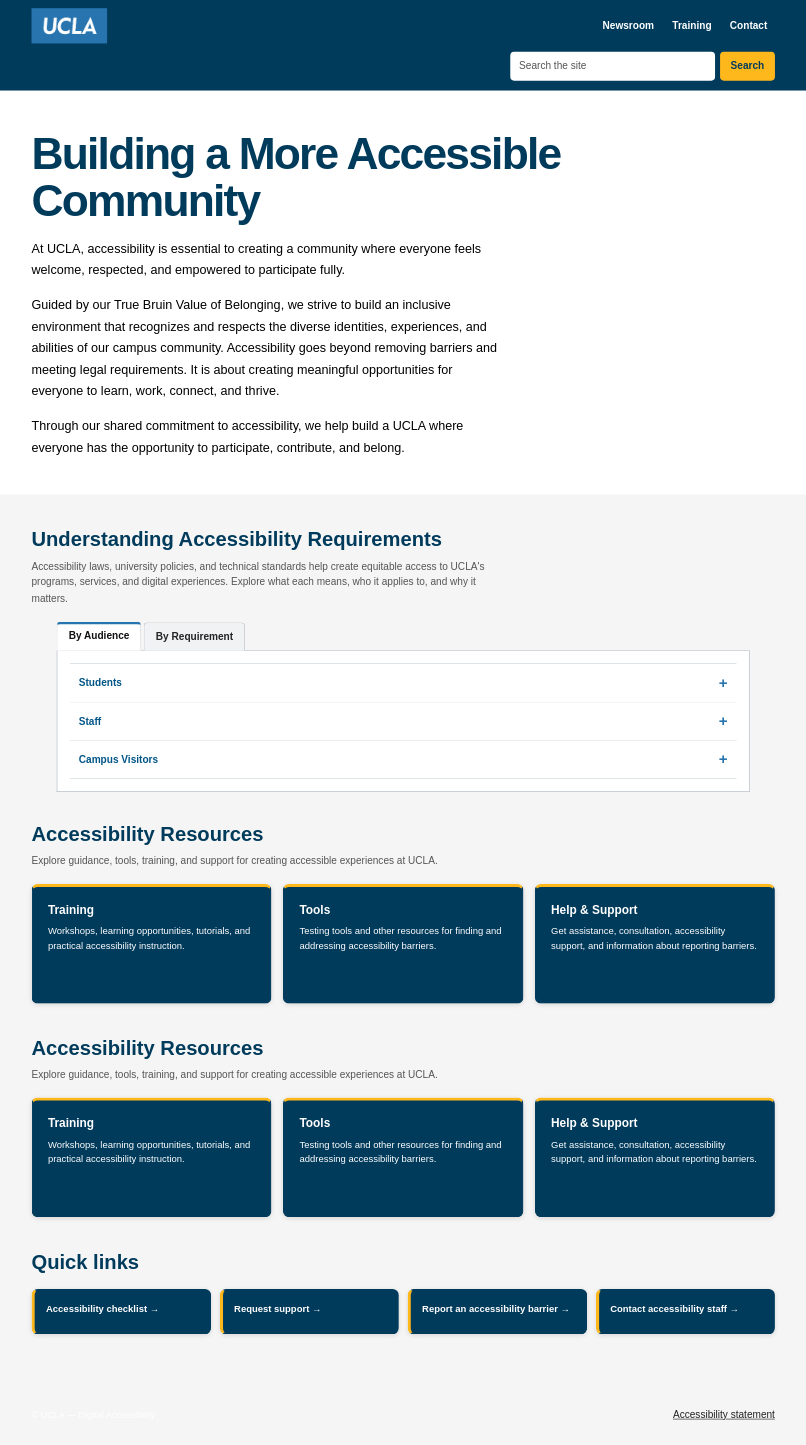
Repository: PSunnywell/UCLA-A11y-barrier-page
Page: index_tabs_with_accordions.html
An editor plug-in stored every save of this project. The page is shown before and after the next save, followed by the edit.
The browser window is 1280 px wide. The pictures show the whole page, at 63% of full size.

Above is the page before, as saved 2026-10-13 17:12:07.
Not found: search.js

### index_tabs_with_accordions.html
<!DOCTYPE html>
<html lang="en">
<head>
  <meta charset="UTF-8">
  <meta name="viewport" content="width=device-width, initial-scale=1.0">
  <meta name="description" content="Accessibility Resources for UCLA">
  <title>Accessibility Resources</title>
  <link rel="stylesheet" href="styles.css">
  <style>
    /* Classic attached tabs, styled to match the reference image. */
    .requirements-tabs { max-width: 1100px; margin: 1.5rem auto 3rem; font-family: inherit; }
    .requirements-tablist { display: flex; align-items: flex-end; flex-wrap: wrap; gap: 4px; padding: 0; border-bottom: 1px solid #aeb6bf; }
    .requirements-tab { appearance: none; border: 1px solid #b5bac1; border-bottom: 0; border-radius: 6px 6px 0 0; background: #f1f2f4; color: #242424; font: inherit; font-weight: 600; font-size: 1rem; line-height: 1.3; padding: 12px 18px; margin: 0 0 -1px; cursor: pointer; }
    .requirements-tab[aria-selected="true"] { background: #fff; color: #111; border-top: 4px solid #2774ae; padding-top: 9px; border-bottom: 1px solid #fff; position: relative; z-index: 1; }
    .requirements-tab:hover:not([aria-selected="true"]) { background: #e5edf4; }
    .requirements-tab:focus-visible { outline: 3px solid #005587; outline-offset: 2px; z-index: 2; }
    .requirements-tabs > .requirements-panel { border: 1px solid #aeb6bf; border-top: 0; padding: 20px; background: #fff; }
    /* Simple accordion rows inside each top-level tab. */
    .requirements-accordion { border-bottom: 1px solid #c9d1d8; }
    .requirements-accordion:first-child { border-top: 1px solid #c9d1d8; }
    .requirements-accordion summary { cursor: pointer; list-style: none; display: flex; align-items: center; justify-content: space-between; gap: 1rem; padding: 17px 14px; font-weight: 600; color: #005587; background: #fff; }
    .requirements-accordion summary::-webkit-details-marker { display: none; }
    .requirements-accordion summary::after { content: "+"; font-size: 1.5rem; line-height: 1; color: #2774ae; }
    .requirements-accordion[open] summary::after { content: "−"; }
    .requirements-accordion summary:hover { background: #f3f8fc; }
    .requirements-accordion summary:focus-visible { outline: 3px solid #005587; outline-offset: -3px; }
    .requirements-accordion-content { padding: 0 14px 16px; }
    .requirements-panel[hidden] { display: none; }
    .requirements-panel p { line-height: 1.65; max-width: 72ch; margin: 0 0 .8rem; }
    .requirements-panel h3 { color: #005587; margin: 0 0 .65rem; font-size: 1.2rem; }
    @media (max-width: 600px) { .requirements-tab { padding: 10px 12px; font-size: .9rem; } .requirements-tab[aria-selected="true"] { padding-top: 7px; } .requirements-tabs > .requirements-panel { padding: 14px; } }
  </style>
</head>
<body>
  <a class="skip-link" href="#main-content">Skip to main content</a>

  <header class="site-header">
    <div class="header-inner">
      <a class="site-brand" href="ucla.edu" aria-label="UCLA home">
        <img class="site-brand-logo" src="images/logo_UCLA_blue_boxed.png" alt="UCLA">

      </a>
      <nav class="primary-nav" aria-label="Primary navigation">

        <ul>
          <li><a href="https://newsroom.ucla.edu/">Newsroom</a></li>
          <li><a href="training.html">Training</a></li>
          <li><a href="contact.html">Contact</a></li>
        </ul>
      </nav>
    </div>

    <div class="site-search-row">
      <search class="site-search" role="search">
        <form action="search.html" method="get">
          <label for="site-search-input">Search the site</label>
          <input id="site-search-input" name="q" type="search" placeholder="Search the site" autocomplete="off">
          <button type="submit">Search</button>
        </form>
      </search>
    </div>
  </header>


  <!-- =======================================================
       HERO
       ======================================================= -->

  <section class="hero" aria-labelledby="page-title">

    <div class="hero-inner">

            <h1 id="page-title">
       Building a More Accessible Community
      </h1>

      <p>At UCLA, accessibility is essential to creating a community where everyone feels welcome, respected, and empowered to participate fully.</p>

<p>Guided by our True Bruin Value of Belonging, we strive to build an inclusive environment that recognizes and respects the diverse identities, experiences, and abilities of our campus community. Accessibility goes beyond removing barriers and meeting legal requirements. It is about creating meaningful opportunities for everyone to learn, work, connect, and thrive.</p>

<p>Through our shared commitment to accessibility, we help build a UCLA where everyone has the opportunity to participate, contribute, and belong.</p>


    </div>

  </section>


  <!-- =======================================================
       MAIN
       ======================================================= -->

  <main id="main-content">


    <!-- =====================================================
         PRIMARY RESOURCE CARDS
         ===================================================== -->

    <section aria-labelledby="requirements-heading">

      <div class="section-heading">
        <h2 id="requirements-heading">Understanding Accessibility Requirements</h2>
        <p>Accessibility laws, university policies, and technical standards help create equitable access to UCLA's programs, services, and digital experiences. Explore what each means, who it applies to, and why it matters.</p>
      </div>

      <!-- Two main tabs; each contains three native HTML accordions. -->
      <div class="requirements-tabs">
        <div class="requirements-tablist" role="tablist" aria-label="Browse accessibility requirements">
          <button type="button" class="requirements-tab" id="tab-audience" role="tab" aria-selected="true" aria-controls="panel-audience" tabindex="0">By Audience</button>
          <button type="button" class="requirements-tab" id="tab-requirement" role="tab" aria-selected="false" aria-controls="panel-requirement" tabindex="-1">By Requirement</button>
        </div>

        <div class="requirements-panel" id="panel-audience" role="tabpanel" aria-labelledby="tab-audience" tabindex="0">
          <details class="requirements-accordion">
            <summary>Students</summary>
            <div class="requirements-accordion-content">
              <p>Explore accessibility rights, accommodations, and resources that support participation in courses, campus programs, and university life.</p>
            </div>
          </details>
          <details class="requirements-accordion">
            <summary>Staff</summary>
            <div class="requirements-accordion-content">
              <p>Learn about accessibility responsibilities and support for university workplaces, services, communications, and digital content.</p>
            </div>
          </details>
          <details class="requirements-accordion">
            <summary>Campus Visitors</summary>
            <div class="requirements-accordion-content">
              <p>Find information about access to campus spaces, events, programs, and services when visiting UCLA.</p>
            </div>
          </details>
        </div>
        <div class="requirements-panel" id="panel-requirement" role="tabpanel" aria-labelledby="tab-requirement" tabindex="0" hidden>
          <details class="requirements-accordion">
            <summary>Laws &amp; Regulations</summary>
            <div class="requirements-accordion-content">
              <p>Federal and state requirements, including the ADA and Section 504, establish rights and obligations related to equal access and nondiscrimination.</p>
            </div>
          </details>
          <details class="requirements-accordion">
            <summary>UC Policies</summary>
            <div class="requirements-accordion-content">
              <p>University of California policies describe institutional expectations, responsibilities, and procedures. Check each policy for its scope and applicability.</p>
            </div>
          </details>
          <details class="requirements-accordion">
            <summary>Standards</summary>
            <div class="requirements-accordion-content">
              <p>Technical criteria, such as the Web Content Accessibility Guidelines (WCAG), help teams design and evaluate accessible experiences. Applicable requirements determine which standards are mandatory.</p>
            </div>
          </details>
        </div>
      </div>

      <div class="section-heading">
        <h2 id="resources-heading">Accessibility Resources</h2>
        <p>Explore guidance, tools, training, and support for creating accessible experiences at UCLA.</p>
      </div>

      <div class="card-grid">

        <!-- CARD 1 -->
        <a
          class="resource-card is-dark"
          href="accessible-course-materials1004.html"
        >
          <h3>
           Training
          </h3>

          <p>
             Workshops, learning opportunities, tutorials,
            and practical accessibility instruction.
          </p>
        </a>

        <!-- CARD 2 -->
        <a
          class="resource-card is-dark"
          href="tools.html"
        >
          <h3>
            Tools
          </h3>

          <p>
            Testing tools and other resources for finding
            and addressing accessibility barriers.
          </p>
        </a>

        <!-- CARD 3 -->
        <a
          class="resource-card is-dark"
          href="support.html" >
          <h3>
            Help & Support
          </h3>

          <p>
            Get assistance, consultation, accessibility
            support, and information about reporting barriers.
          </p>
        </a>


      </div>

    </section>
<br>
<br>

    <!-- =====================================================
         FEATURED CONTENT
         ===================================================== -->
 <div class="section-heading">
        <h2 id="resources-heading">Accessibility Resources</h2>
        <p>Explore guidance, tools, training, and support for creating accessible experiences at UCLA.</p>
      </div>

      <div class="card-grid">

        <!-- CARD 1 -->
        <a
          class="resource-card is-dark"
          href="accessible-course-materials1004.html"
        >
          <h3>
           Training
          </h3>

          <p>
             Workshops, learning opportunities, tutorials,
            and practical accessibility instruction.
          </p>
        </a>

        <!-- CARD 2 -->
        <a
          class="resource-card is-dark"
          href="tools.html"
        >
          <h3>
            Tools
          </h3>

          <p>
            Testing tools and other resources for finding
            and addressing accessibility barriers.
          </p>
        </a>

        <!-- CARD 3 -->
        <a
          class="resource-card is-dark"
          href="support.html" >
          <h3>
            Help & Support
          </h3>

          <p>
            Get assistance, consultation, accessibility
            support, and information about reporting barriers.
          </p>
        </a>


      </div>

    </section>
<br>
<br>

    <!-- =====================================================
         QUICK LINKS
         ===================================================== -->

    <section aria-labelledby="quick-heading">

      <div class="section-heading">

        <h2 id="quick-heading">
          Quick links
        </h2>

      </div>


      <div class="quick-links">

        <a
          class="quick-link"
          href="checklist.html"
        >
          Accessibility checklist →
        </a>

        <a
          class="quick-link"
          href="request-support.html"
        >
          Request support →
        </a>

        <a
          class="quick-link"
          href="report-barrier.html"
        >
          Report an accessibility barrier →
        </a>

        <a
          class="quick-link"
          href="contact.html"
        >
          Contact accessibility staff →
        </a>

      </div>

    </section>

  </main>


  <!-- =======================================================
       FOOTER
       ======================================================= -->

  <footer>

    <div class="footer-inner">

      <p>
        © UCLA — Digital Accessibility
      </p>

      <a
        class="footer-link"
        href="accessibility.html"
      >
        Accessibility statement
      </a>

    </div>

  </footer>

<script src="search.js" defer></script>
  <script>
    // Accessible keyboard navigation for the two main tabs.
    document.querySelectorAll('.requirements-tablist').forEach(tablist => {
      const tabs = Array.from(tablist.querySelectorAll(':scope > [role="tab"]'));
      function activate(tab, moveFocus = false) {
        tabs.forEach(item => {
          const selected = item === tab;
          item.setAttribute('aria-selected', String(selected));
          item.tabIndex = selected ? 0 : -1;
          document.getElementById(item.getAttribute('aria-controls')).hidden = !selected;
        });
        if (moveFocus) tab.focus();
      }
      tabs.forEach((tab, index) => {
        tab.addEventListener('click', () => activate(tab));
        tab.addEventListener('keydown', event => {
          let next;
          if (event.key === 'ArrowRight') next = (index + 1) % tabs.length;
          else if (event.key === 'ArrowLeft') next = (index - 1 + tabs.length) % tabs.length;
          else if (event.key === 'Home') next = 0;
          else if (event.key === 'End') next = tabs.length - 1;
          else return;
          event.preventDefault();
          activate(tabs[next], true);
        });
      });
    });
  </script>
</body>
</html>

Loaded but not shown: styles.css (312 lines, source omitted)

After the next save:
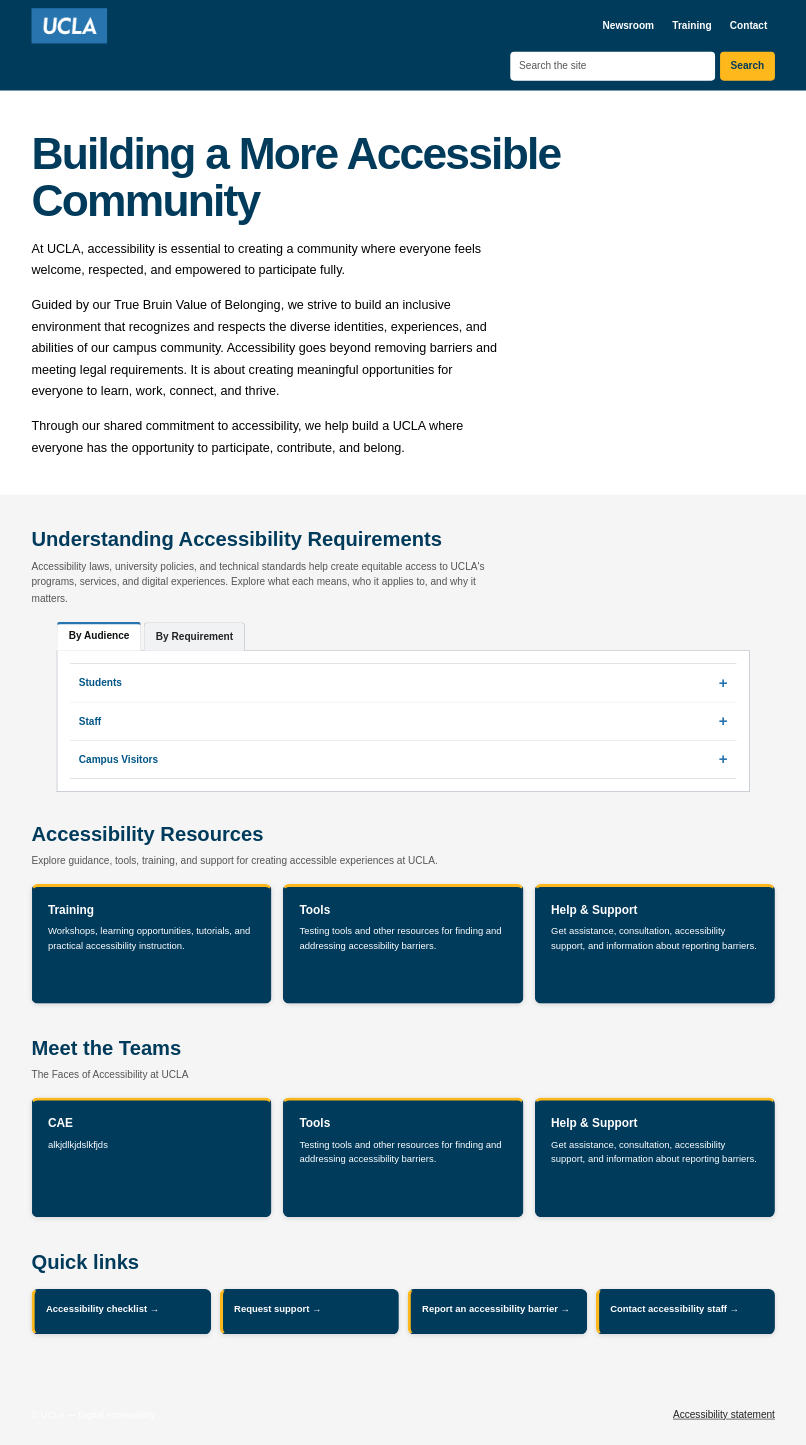
Saved 90 s later.
--- a/index_tabs_with_accordions.html
+++ b/index_tabs_with_accordions.html
@@ -215,8 +215,8 @@
          FEATURED CONTENT
          ===================================================== -->
  <div class="section-heading">
-        <h2 id="resources-heading">Accessibility Resources</h2>
-        <p>Explore guidance, tools, training, and support for creating accessible experiences at UCLA.</p>
+        <h2 id="resources-heading">Meet the Teams</h2>
+        <p>The Faces of Accessibility at UCLA</p>
       </div>
 
       <div class="card-grid">
@@ -224,15 +224,14 @@
         <!-- CARD 1 -->
         <a
           class="resource-card is-dark"
-          href="accessible-course-materials1004.html"
-        >
-          <h3>
-           Training
-          </h3>
-
-          <p>
-             Workshops, learning opportunities, tutorials,
-            and practical accessibility instruction.
+          href="acae.html"
+        >
+          <h3>
+           CAE
+          </h3>
+
+          <p>
+             alkjdlkjdslkfjds
           </p>
         </a>
 
